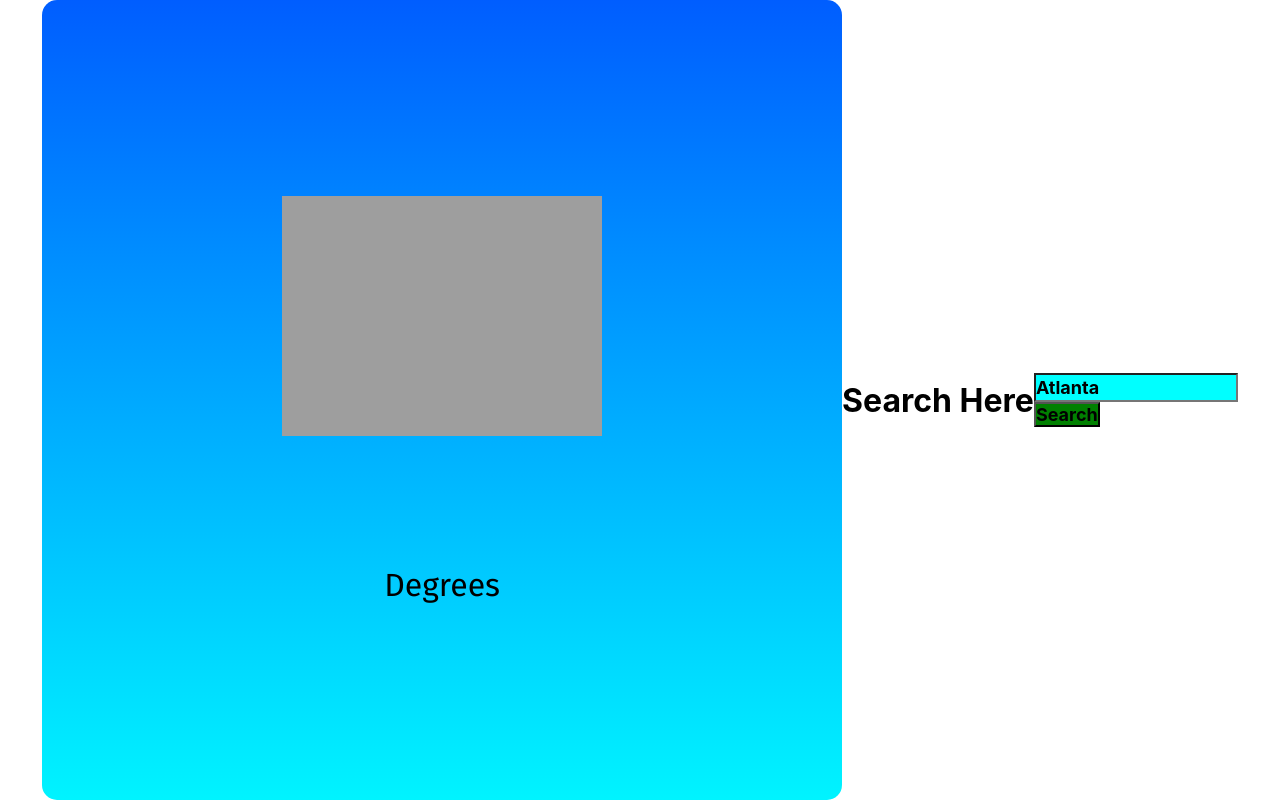
Repository: sayrilamar/chumsweatherapp
Page: /
An editor plug-in stored every save of this project. The page is shown before and after the next save, followed by the edit.
The browser window is 1280 px wide. The pictures show the whole page.
Pictures or frames that could not be fetched are drawn as grey boxes. The page's requests for data from a server got no answer. The project was rebuilt for these pictures with package versions that can differ from the ones it lists, and the page was loaded fresh each time. No one was signed in, and anything a server would have sent is missing.

Above is the page before, as saved 2020-04-18 16:59:55.

### src/index.css
* {
  margin: 0;
  padding: 0;
  font-family: -apple-system, BlinkMacSystemFont, 'Segoe UI', 'Roboto', 'Oxygen',
    'Ubuntu', 'Cantarell', 'Fira Sans', 'Droid Sans', 'Helvetica Neue',
    sans-serif;
  -webkit-font-smoothing: antialiased;
  -moz-osx-font-smoothing: grayscale;
}

### src/App.js
import React, {useState, useEffect} from "react";
import "./App.css";
import WeatherCard from "./components/WeatherCard/component.js";

function App() {
  const [query,
    setQuery] = useState("Atlanta");
  const [weather,
    setWeather] = useState({temp: null, city: null, condition: null, country: null, description: null});

  const data = async q => {
    const apiRes = await fetch(`http://api.openweathermap.org/data/2.5/weather?q=${q}&units=imperial&APPID=ab0ef440364092f54ff821ca2b803163`);
    const resJSON = await apiRes.json();
    return resJSON;
  };

  const handleSearch = e => {
    // data(query).then(res => console.log(res));
    e.preventDefault();
    data(query).then(res => {
      setWeather({temp: res.main.temp, city: res.name, condition: res.weather[0].main, country: res.sys.country, description: res.weather[0].description});
    });
  };

  // runs once the dom is loaded for the first time only, because there is no
  // variable being watched in the dependency array
  useEffect(() => {
    data(query).then(res => {
      setWeather({temp: res.main.temp, city: res.name, condition: res.weather[0].main, country: res.sys.country, description: res.weather[0].description});
    });
  }, []);

  return (
    <div className="App">
      <div>
        <WeatherCard
          temp={weather.temp}
          condition={weather.condition}
          city={weather.city}
          state={weather.country}
          description={weather.description}/>
      </div>
      <h1>Search Here</h1>
      <form>
        <div>
          <input
            className="input"
            value={query}
            onChange={e => setQuery(e.target.value)}/>
        </div>
        <div>
          <button className="button" onClick={e => handleSearch(e)}>
            Search
          </button>
        </div>
      </form>
    </div>
  );
}

export default App;

### src/App.css
@import url("https://fonts.googleapis.com/css?family=Merriweather|Fira+Sans&display=swap");

.App {
  margin: 0 auto;
  color: white;
  display: flex;
  justify-content: center;
  align-items: center;
}

h1 {
  color: black;
}

.input {
  background-color: aqua;
  font-weight: bold;
  height: 25px;
  width: 200px;
  font-size: large;
}

.button {
  height: fit-content;
  font-size: large;
  font-weight: bold;
  background-color: green
}

### src/components/WeatherCard/component.js
import React from "react";
import styled from "@emotion/styled";
import Location from "./Location";
import Icon from "./Icon";
import Condition from "./Condition";

const WeatherCard = ({temp, condition, city, state, description}) => {
    let highColor = 0;
    let lowColor = 0;
    let bg = null;

    if (temp > 53.6) {
        highColor = (1 - (temp - 53.6) / 50.4) * 255;
        lowColor = highColor - 150;
        bg = `linear-gradient(
            to top,
            rgb(255, ${highColor}, 0),
            rgb(255, ${lowColor}, 0)
          )`;
    } else if (temp <= 53.6) {
        highColor = (1 - (temp + 4) / 89) * 255;
        lowColor = highColor - 150;
        bg = `linear-gradient(
            to top,
            rgb(0, ${highColor}, 255),
            rgb(0, ${lowColor}, 255)
          )`;
    }

    const Card = styled.div `
    margin: 0 auto;
    background: ${bg};
    width: 800px;
    height: 800px;
    display: flex;
    flex-direction: column;
    justify-content: space-around;
    align-items: center;
    border-radius: 15px;
  `;

    return (
        <Card>
            <Location city={city} state={state}/>
            <Icon condition={condition}/>
            <Condition temp={temp} condition={condition} description={description}/>
        </Card>
    );
};

export default WeatherCard;

### src/components/WeatherCard/Location.js
import React from "react";
import styled from "@emotion/styled";

const Location = ({city, state}) => {
  const Container = styled.div `
    text-align: center;
  `;

  const City = styled.h1 `
    font-family: "Merriweather", sans-serif;
    font-size: 1.6rem;
  `;

  const Country = styled.h3 `
    font-family: "Fira Sans", sans-serif;
    font-size: 1.1rem;
  `;

  return (
    <Container>
      <City>{city}</City>
      <Country>{state}</Country>
    </Container>
  );
};

export default Location;

### src/components/WeatherCard/Icon.js
import React from "react";
import styled from "@emotion/styled";

// https://openweathermap.org/weather-conditions
const Icon = ({condition}) => {
  let icon;
  switch (condition) {
    case "Clouds":
      icon = `02d@2x`;
      break;
    case "Clear":
      icon = `01d@2x`;
      break;
    case "Haze":
      icon = `50d@2x`;
      break;
    case "Fog":
      icon = `50d@2x`;
      break;
    case "Tornado":
      icon = `50d@2x`;
      break;
    case "Dust":
      icon = `50d@2x`;
      break;
    case "Mist":
      icon = `50d@2x`;
      break;
    case "Snow":
      icon = `13d@2x`;
      break;
    case "Rain":
      icon = `10d@2x`;
      break;
    case "Drizzle":
      icon = `11d@2x`;
      break;
    case "Thunderstorm":
      icon = `11d@2x`;
      break;
    default:
      icon = ``;
      break;
  }

  const Icon = styled.img `
    width: 40%;
  `;

  return (<Icon src={`http://openweathermap.org/img/wn/${icon}.png`} alt="Weather Icon"/>);
};

export default Icon;

### src/components/WeatherCard/Condition.js
import React, {Fragment} from "react";
import styled from "@emotion/styled";

const Condition = ({temp, condition, description}) => {
  const Temp = styled.h1 `
    font-family: "Fira Sans", sans-serif;
    font-size: 2rem;
    font-weight: 200;
  `;

  const State = styled.h3 `
    font-family: "Merriweather", sans-serif;
    font-size: 1.2rem;
  `;

  return (
    <Fragment>
      <Temp>
        {temp}
        Degrees
      </Temp>
      <State>{description}</State>
    </Fragment>
  );
};

export default Condition;

Loaded but not shown: public/index.html (common file); src/index.js (common file); src/serviceWorker.js (common file)

After the next save:
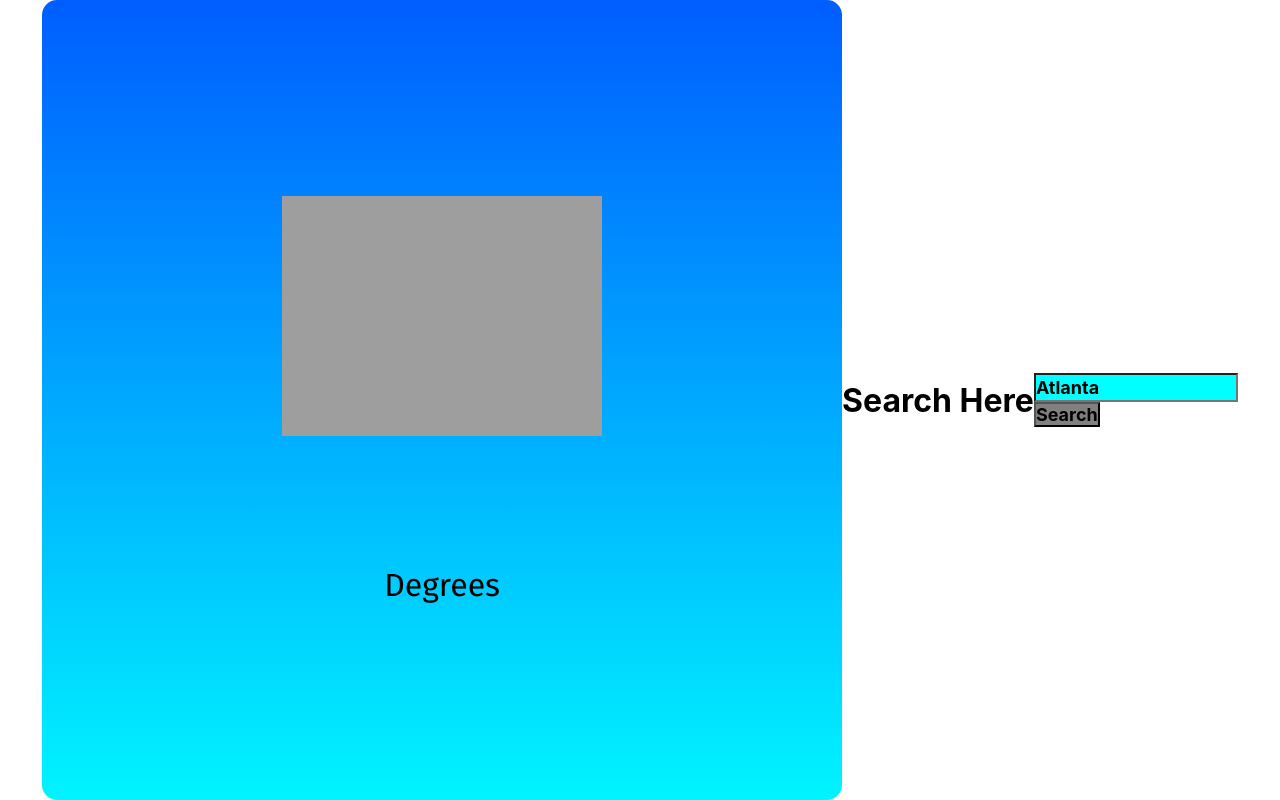
Saved 6 s later.
--- a/src/App.css
+++ b/src/App.css
@@ -24,5 +24,5 @@ h1 {
   height: fit-content;
   font-size: large;
   font-weight: bold;
-  background-color: green
+  background-color: grey
 }
